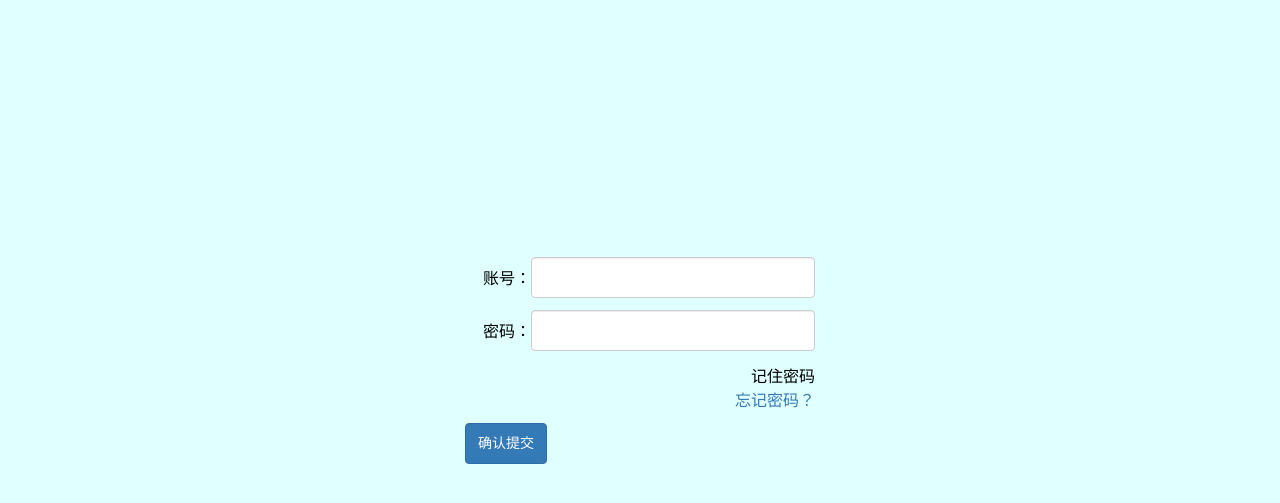
Repository: DeeFromChina/wechat
Page: http://localhost/wechat/jsp/login/login.jsp
These files come from the project's save history. The page is drawn as it stood at one moment and after the next save; the edit follows.
The browser window is 1280 px wide. The pictures show the whole page.
The page is served by Tomcat 9.

Above is the page before, as saved 2018-02-12 07:32:36.

After the next save:
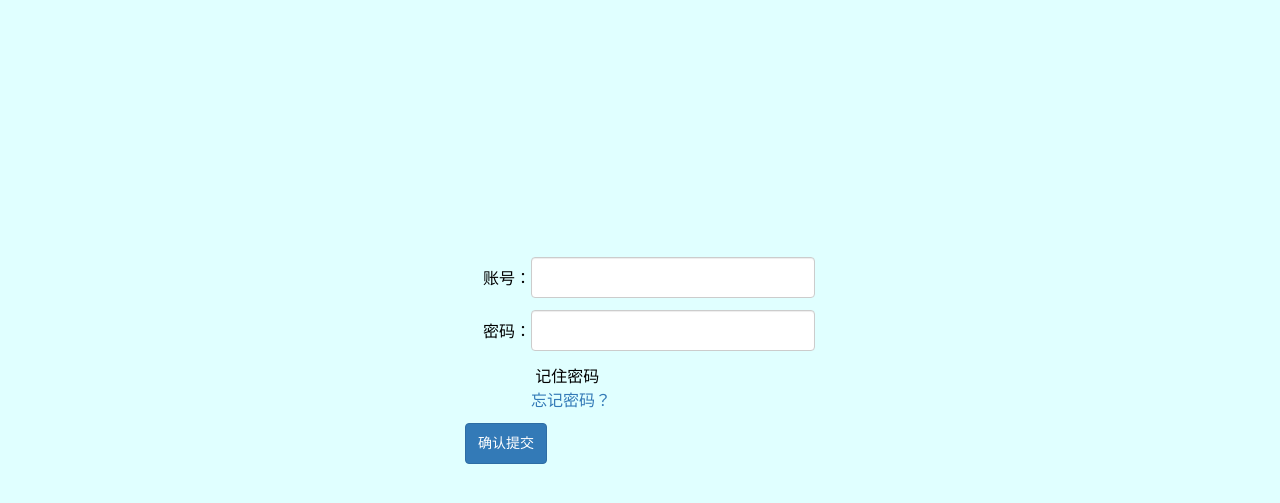
Saved 35 s later.
--- a/wechat/web/jsp/login/login.jsp
+++ b/wechat/web/jsp/login/login.jsp
@@ -35,7 +35,7 @@
 			</tr>
 			<tr>
 				<td/>
-				<td class="textR paddingRight19">
+				<td>
 					<div class="floatL wi50">
 						<input type="hidden" id="remeberId" value="1" />
 						<img id="remeber" class="remeberImg" onclick="changeRemeber()" />
